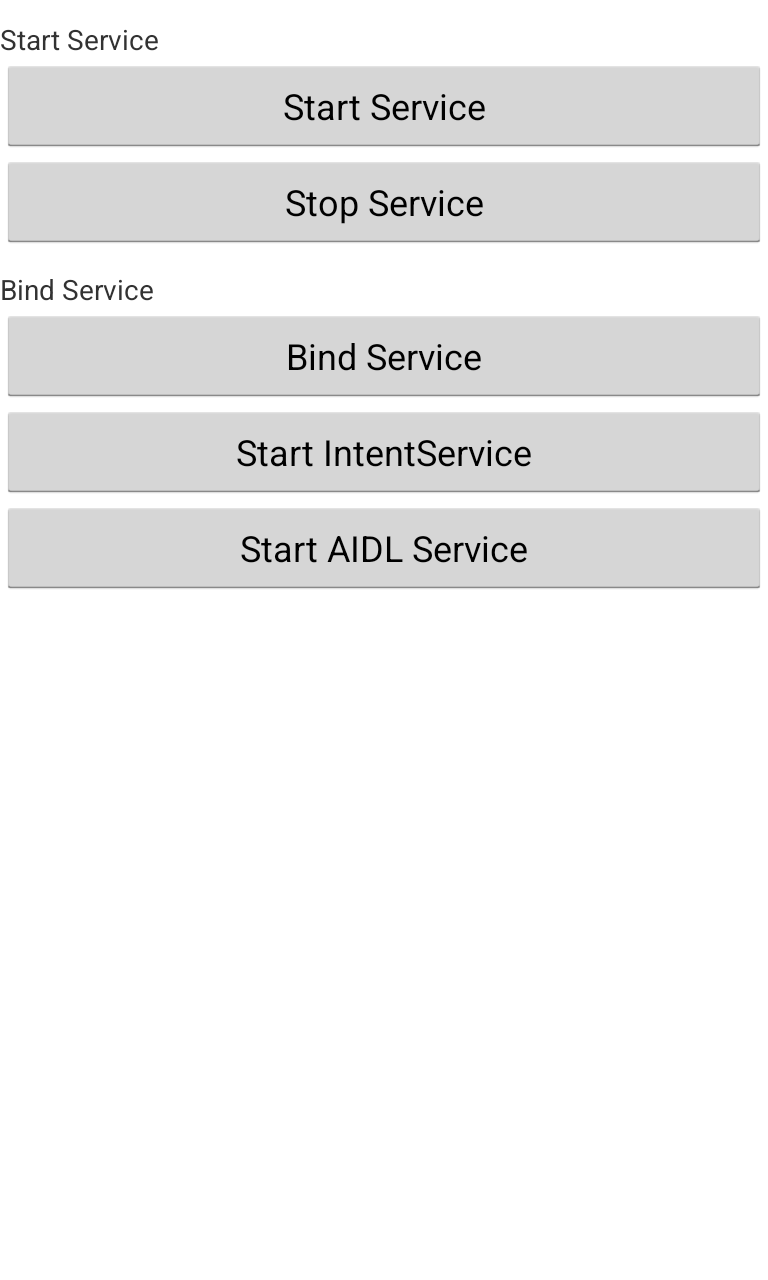
Repository: Liu-D-Henrry/Android
Layout: DemoService/res/layout/service_activity.xml
These files come from the project's save history. The layout is drawn as it stood at one moment and after the next save; the edit follows.
It is drawn on a 768 x 1280 px phone screen (xhdpi) without system bars, with theme AppTheme; the app's code is not run.

Above is the layout before, as saved 2013-09-01 09:18:30.

### DemoService/res/layout/service_activity.xml
<?xml version="1.0" encoding="utf-8"?>
<LinearLayout xmlns:android="http://schemas.android.com/apk/res/android"
    android:layout_width="match_parent"
    android:layout_height="match_parent"
    android:orientation="vertical" >

    <TextView
        android:layout_width="match_parent"
        android:layout_height="wrap_content"
        android:layout_marginTop="10dp"
        android:text="@string/startService" />
    <Button
        android:id="@+id/startService"
        android:layout_width="match_parent"
        android:layout_height="wrap_content"
        android:text="@string/startService" />
    <Button
        android:id="@+id/stopService"
        android:layout_width="match_parent"
        android:layout_height="wrap_content"
        android:text="@string/stopService" />

     <TextView
        android:layout_width="match_parent"
        android:layout_height="wrap_content"
        android:layout_marginTop="10dp"
        android:text="@string/bindService" />
    <Button
        android:id="@+id/bindService"
        android:layout_width="match_parent"
        android:layout_height="wrap_content"
        android:text="@string/bindService" />
    <Button
        android:id="@+id/startIntentService"
        android:layout_width="match_parent"
        android:layout_height="wrap_content"
        android:text="@string/startIntentService" />
    <Button
        android:id="@+id/startAIDLService"
        android:layout_width="match_parent"
        android:layout_height="wrap_content"
        android:text="@string/startAIDLService" />

</LinearLayout>

### DemoService/res/values/strings.xml
<?xml version="1.0" encoding="utf-8"?>
<resources>

    <string name="app_name">DemoService</string>
    <string name="action_settings">Settings</string>
    <string name="hello_world">Hello world!</string>

    <string name="startService">Start Service</string>
    <string name="stopService">Stop Service</string>
    <string name="bindService">Bind Service</string>
    <string name="unbindService">Unbind Service</string>
    <string name="startIntentService">Start IntentService</string>
    <string name="startAIDLService">Start AIDL Service</string>

</resources>

Loaded but not shown: DemoService/res/values/styles.xml (common file); DemoService/res/values-v11/styles.xml (common file); DemoService/res/values-v14/styles.xml (common file)

After the next save:
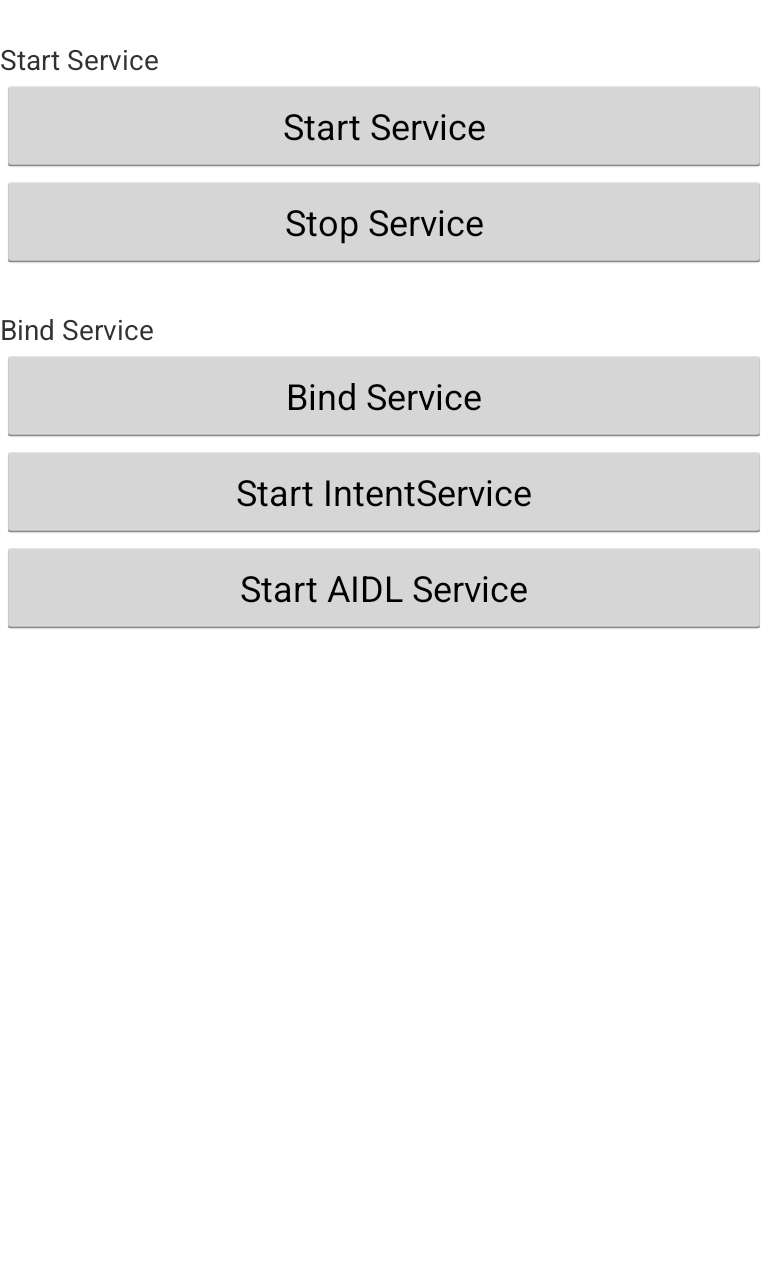
Saved 20 s later.
--- a/DemoService/res/layout/service_activity.xml
+++ b/DemoService/res/layout/service_activity.xml
@@ -7,7 +7,7 @@
     <TextView
         android:layout_width="match_parent"
         android:layout_height="wrap_content"
-        android:layout_marginTop="10dp"
+        android:layout_marginTop="20dp"
         android:text="@string/startService" />
     <Button
         android:id="@+id/startService"
@@ -23,7 +23,7 @@
      <TextView
         android:layout_width="match_parent"
         android:layout_height="wrap_content"
-        android:layout_marginTop="10dp"
+        android:layout_marginTop="20dp"
         android:text="@string/bindService" />
     <Button
         android:id="@+id/bindService"
